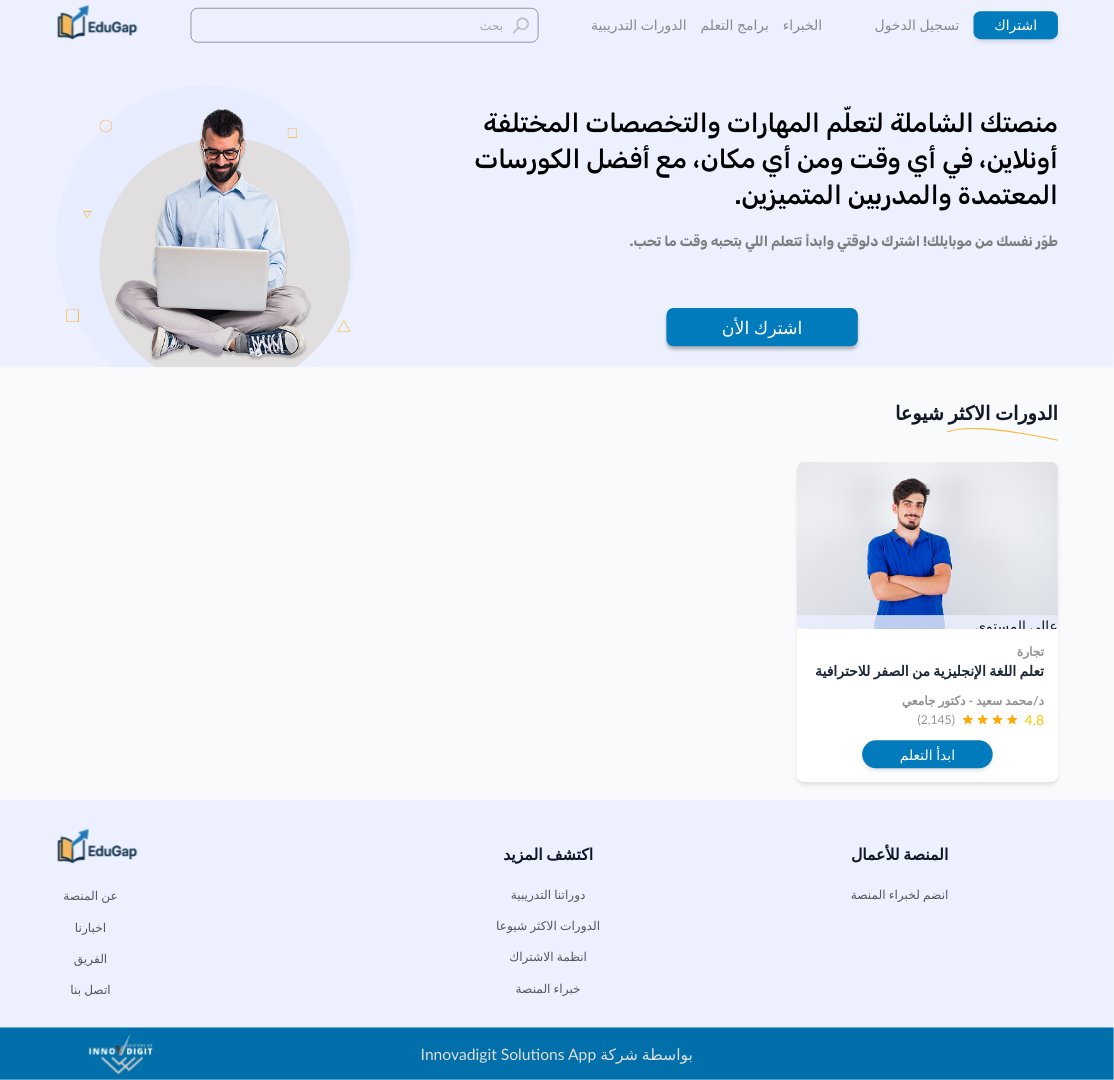
Repository: Yehyv/EduGap-Project
Page: /
An editor plug-in stored every save of this project. The page is shown before and after the next save, followed by the edit.
The browser window is 1280 px wide. The pictures show the whole page, at 87% of full size.
The project was rebuilt for these pictures with package versions that can differ from the ones it lists, and the page was loaded fresh each time. Also part of the build but not shown: vite.config.ts, src/shared/components/Loader.tsx, src/shared/components/ui/GradientButton.tsx, src/shared/components/ui/LightButton.tsx, src/shared/components/forms/TextField.tsx, src/shared/components/NotFoundLottie.tsx, src/assets/svgs/MainLogo.tsx, src/layouts/AuthLayout/AuthLayout.tsx and 16 more.

Above is the page before, as saved 2025-08-21 12:58:31.

After the next save:
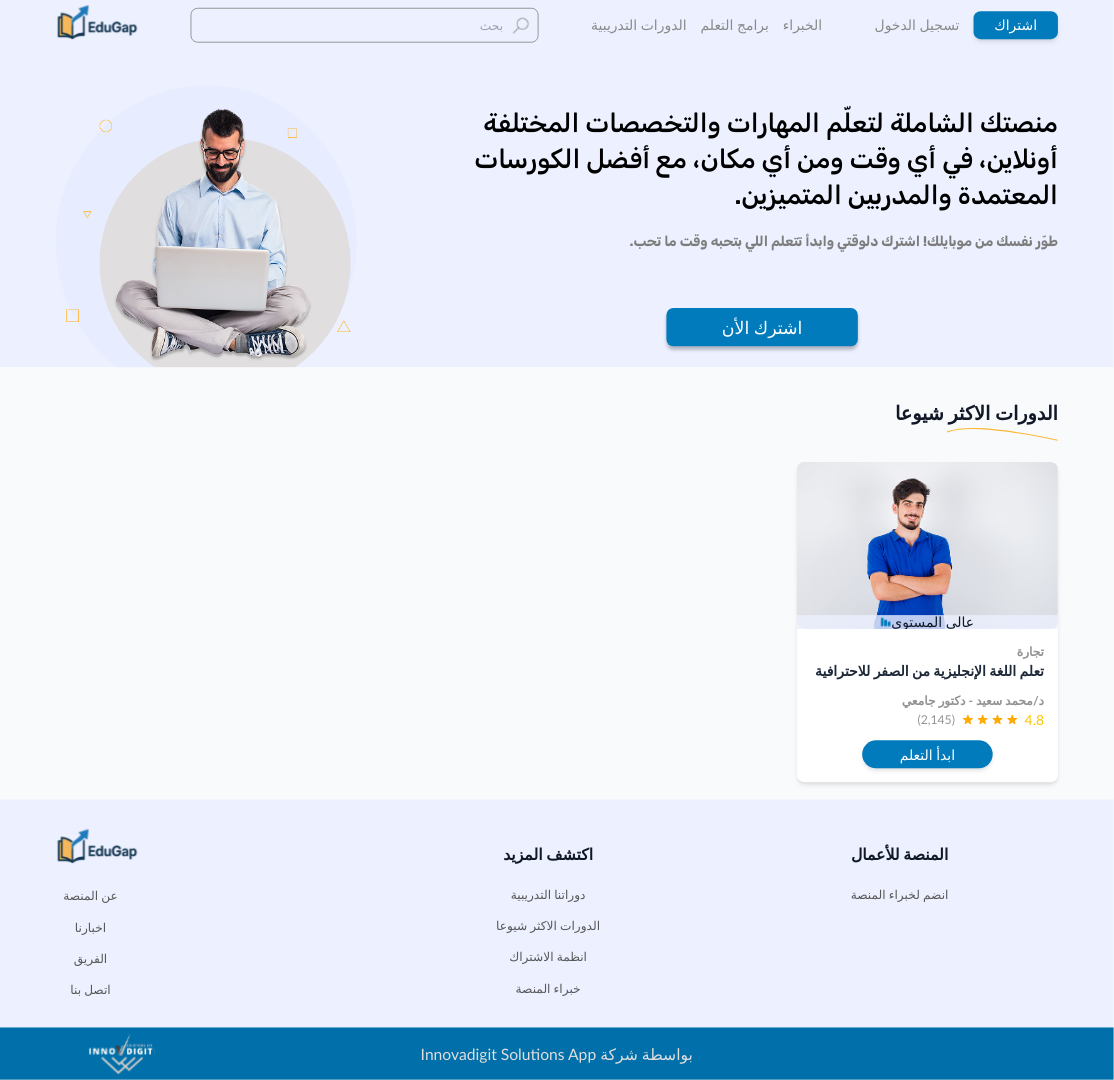
Saved 5 s later.
--- a/src/shared/components/EduGap/CourseCard.tsx
+++ b/src/shared/components/EduGap/CourseCard.tsx
@@ -11,7 +11,7 @@
           alt="Product image"
           className="w-full object-cover"
         />
-        <div className="h-4 w-full bg-primary/80 absolute bottom-0">
+        <div className="h-4 w-full bg-primary/80 absolute bottom-0 center">
           عالي المستوي
           <VolumeIcon />
         </div>
